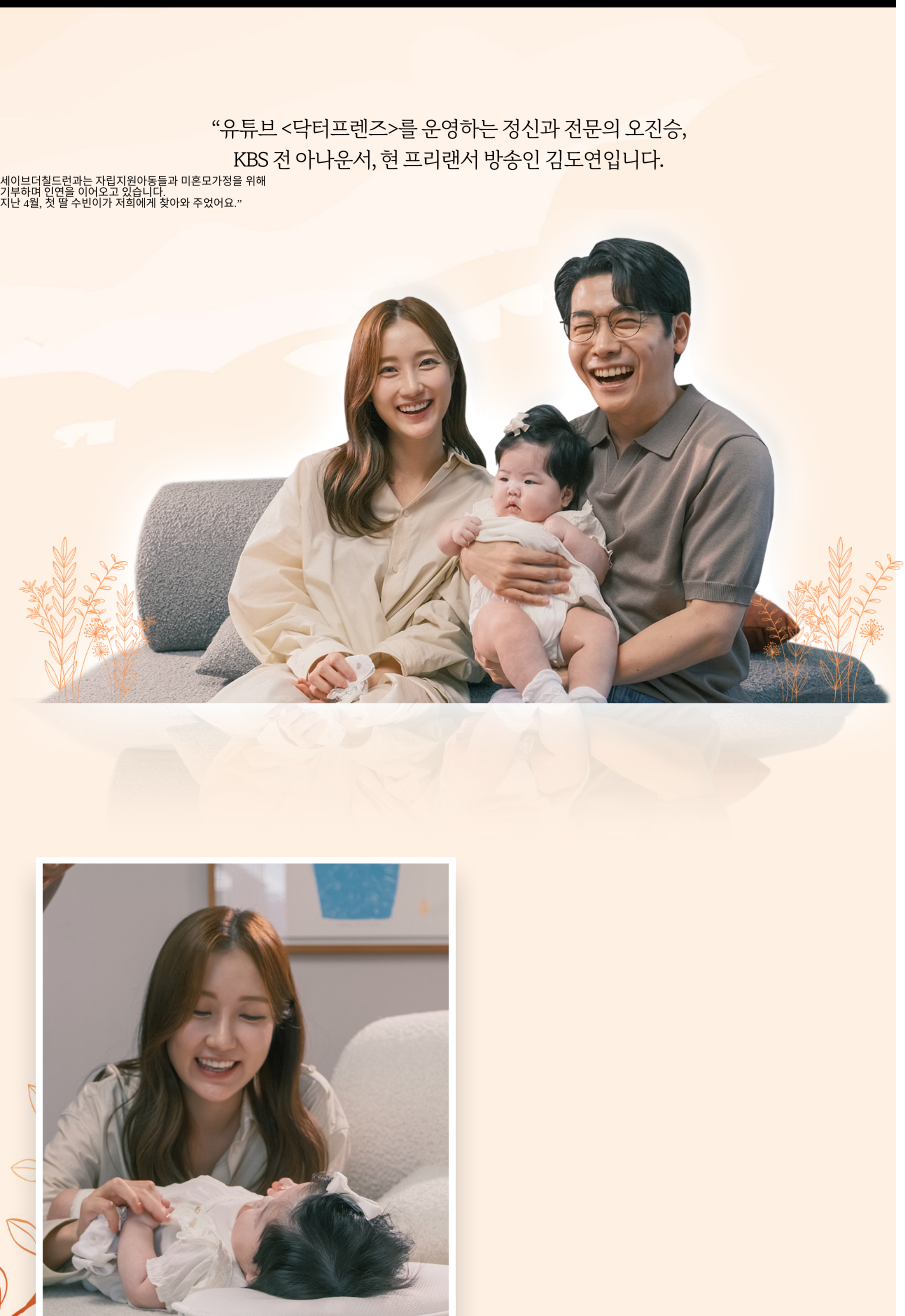
Repository: dlgywls1130/saveTheChildren
Page: index.html
An editor plug-in stored every save of this project. The page is shown before and after the next save, followed by the edit.
The browser window is 1280 px wide. The page is 1293 px wide, so the pictures cover 1293 px, including what lies to the right of the window. The pictures show the part of the page from y = 1641 to 3521 px (the page is 10452 px tall before and 10522 px after), at 70% of full size.
Some web fonts or font styles are not loaded; a fallback is used. The style sheet was rebuilt from its Sass, Less or Tailwind sources for each picture, by a compiler version that may differ from the author's.

Above is the page before, as saved 2024-11-01 22:12:28.

### index.html
<!DOCTYPE html>
<html lang="en">
<head>
    <meta charset="UTF-8">
    <meta name="viewport" content="width=device-width, initial-scale=1.0">
    <title>Document</title>

    <link rel="stylesheet" href="./css/common.css">
</head>
<body>

    <!-- main -->
    <section class="main_container">
        <div class="container">
            <div class="logo_title mb-60">
                <img src="./images/logo.png" alt="logo">
                <p>우리 아기 좋은 날 기부</p>
            </div>

            <p class="sub_title mb-30">
                의사 오진승, 아나운서 김도연 가족과 함께하는
            </p>

            <h2 class="mb-50">우리 아기<br>좋은 날 일기</h2>

            <p class="sub_span_text mb-40">
                여러분은 자녀의 소중한 순간을<br>
                어떻게 기념 하시나요?
            </p>

            <p class="sub_descript mb-60">
                보통 사진을 찍고 영상을 남기는 분들이 많으실 거에요. <br>
                <span>소중한 날을 특별하게 기념하는 방법</span>을<br>
                소개해드릴게요
            </p>

            <a href="#" class="record_btn">
                <img src="/images/pencle.png" alt="pencle">
                <p>우리 아기 좋은 날 기록하기</p>
            </a>
        </div>
    </section>

    <!-- 스토리섹션 -->

    <section class="story_section">
        <div class="container py-150">

            <!-- 영상 -->
            <div class="video_container mb-150">
                <video></video>
            </div>

            <div class="story_01">
                <p class="s01">
                    “유튜브 <닥터프렌즈>를 운영하는 정신과 전문의 오진승,
                    <br>KBS 전 아나운서, 현 프리랜서 방송인 김도연입니다.
                </p>

                <p class="s01_1">
                    세이브더칠드런과는 자립지원아동들과 미혼모가정을 위해
                    <br>기부하며 인연을 이어오고 있습니다.
                </p>

                <p class="s01_2">
                    지난 4월, 첫 딸 수빈이가 저희에게 찾아와 주었어요.”
                </p>

                <img src="/images/s1_1.png" alt="story">
            </div>


            <div class="story_02">
                <div class="story02_01">
                    <div class="story_image">
                        <img src="/images/s2_1.png" alt="stroy">
                    </div>
                    <div class="story_text-contain">
                        <p class="story_text_01">
                            아이가 태어나고 많은 것이 바뀌었습니다.
                        </p>
                        <p class="story_text_02">
                            사실 저는 아이를 좋아하는 편은 아니었어요.
                            하지만 낳고 처음 마주하는 순간, 생각했어요.
                        </p>
                        <p class="story_text_03">
                            ‘천년의 사랑이 시작되었다.’
                        </p>

                        <p class="story_text_04">
                            지금은 힘들어도 아이 얼굴만 보면 웃음이 나와요.
                        </p>
                    </div>


                </div>
            </div>

            <div class="story_03">
                <div class="story03_01">
                    <div class="story_text-contain">
                        <p class="story_text_01">
                            자신의 자녀를 볼 때 나오는
                            <br>도파민의 양이
                            <br>마음에 드는 이성을 보았을 때
                            <br>나오는 도파민 양의 10배나 된대요.
                        </p>
                        <p class="story_text_02">
                            저는 현재에 안주하며 사는 편이었는데,
                            <br>딸이 태어난 후부터 삶에 대해 더 고민하며
                            <br>잘하려고 노력하게 되더라구요.
                        </p>
                        <p class="story_text_03">
                            아이가 삶의 원동력이 된 셈이죠.
                        </p>

                    </div>

                    <div class="story_image">
                        <img src="/images/s3_1.png" alt="stroy">
                    </div>



                </div>
            </div>

            <div class="story_04">
                <div class="story04_01">

                    <div class="story_image">
                        <img src="/images/s4_1.png" alt="stroy">
                    </div>

                    <div class="story_text-contain">
                        <p class="story_text_01">
                            요즘은 수빈이와 함께
                            <br>놀이터 갈 날을
                            <br>손꼽아 기다리고 있어요.
                        </p>
                        <p class="story_text_02">
                            아직 말귀도 못 알아듣는 아이한테
                            <br>“너 언제 커서 아빠랑 놀이터 갈래?”
                            <br>묻고는 하죠.
                        </p>

                    </div>

                </div>

                <div class="story04_02">

                    <div class="story_text-contain">
                        <p class="story_text_01">
                            한편으로는 아이를 정신없이 키우다 보니
                            <br>탄생의 순간이 희미해지고 있었어요.
                        </p>
                        <p class="story_text_02">
                            우리 아기 좋은 날 캠페인에 참여해서
                            <br>직접 <span>기념일 이야기를 담은 후원감사증서</span>를 받아보니,
                            <br>그때 생각이 나서 너무 좋았어요.
                        </p>

                    </div>

                    <div class="story_image">
                        <img src="/images/s4_2.png" alt="stroy">
                    </div>

                </div>
            </div>

            <div class="story_05">
                <div class="story_05_01">
                    <div class="img_story">
                        <img src="/images/s5_1.png">
                    </div>
                    <div class="story_text">
                        “아이가 건강하게 발달단계를 해내는
                        <br>소중한 순간에 기부를 하면
                        <br>수빈이가 더 건강하고,행복하게
                        <br>자라게 되지 않을까요?
                        <br>
                        <br>소중한 순간마다 기부하고
                        <br>앨범처럼 남겨서 보여주면
                        <br>자랑스러운 부모가 될 것 같아요”
                    </div>
                </div>

                <div class="story_05_02">

                    <div class="story_text">
                        “저는 칭찬 받거나 스스로에게 자부심을
                        <br>느낀 순간은 오래 기억된다고 생각해요.
                        <br>
                        <br>내 아이에게 ‘네가 첫 양치질을 잘 해낸
                        <br>기념으로  다른 친구를 도왔어.’ 라고
                        <br>말해준다면 그 뿌듯함을 밑거름으로
                        <br>자기 자신과 다른 사람 모두 사랑할 수 있는
                        <br>아이로 성장하지 않을까요?”
                    </div>

                    <div class="img_story">
                        <img src="/images/s5_2.png">
                    </div>

                </div>


                <div class="middle_cotain">
                    <p>첫 걸음마, 첫돌, 처음 엄마 아빠를 부른 날, 처음 비를 맞아본 날,
                    처음 놀이터에 간 날, 그 소중한 순간을 기부로 기록해 보세요.</p>

                    <p>후원해주신 모든 분들께 직접 작성한 기념일 이야기가 담긴 <span>후원감사증서</span>를 드리며,
                    30만원 이상 후원해 주신 분들께는 이름을 수놓은 <span>순면거즈블랭킷</span>을 증정하고 있습니다. </p>

                    <div class="middle_image">
                        <div class="middel_left">
                            <img src="/images/s6_1.png">
                        </div>
                        <div class="middel_right">
                            <img src="/images/s6_2.png">
                        </div>

                        <img src="" class="float_image">
                    </div>


                    <a href="#" class="record_btn">
                        <img src="/images/pencle.png" alt="pencle">
                        <p>우리 아기 좋은 날 기록하기</p>
                    </a>
                </div>



            </div>

        </div>


    </section>

    <!-- 후원신청 과정 -->

    <section class="sponsor_section">
        <div class="container">

            <div class="sponsor-container">
                <h2>후원신청 과정</h2>

                <div class="sponsor_list">
                    <div class="sponsor_list_inner">
                        <div class="list-inner-img">
                            <img src="">
                        </div>
                        <p>후원신청하기</p>

                    </div>
                    <span class="arrow-img"><img src=""></span>
                    <div class="sponsor_list_inner">
                        <div class="list-inner-img">
                            <img src="">
                        </div>
                        <p>후원감사증서<br>메시지 적기</p>

                    </div>
                    <span class="arrow-img"><img src=""></span>
                    <div class="sponsor_list_inner">
                        <div class="list-inner-img">
                            <img src="">
                        </div>
                        <p>신청완료</p>

                    </div>
                    <span class="arrow-img"><img src=""></span>
                    <div class="sponsor_list_inner">
                        <div class="list-inner-img">
                            <img src="">
                        </div>
                        <p>후원감사증서 발송<br>(1주일이내)</p>

                    </div>
                </div>

                <p class="info-span">30만원 이상 후원자 분들께는 순면거즈블랭킷 제작을 위한 문자가 별도 발송됩니다. (후원 2-3일 이내)</p>
            </div>


            <div class="sponsor-inner">
                <h2>후원금, 이렇게 쓰여요!</h2>

                <p>
                    세이브더칠드런은 국내외 아동을 대상으로
                    생계지원, 의료지원,  영유아용품지원, 재해재난 상황에서의
                    긴급구호 등의 활동을 진행하고 있습니다.

                    보내주신 후원금은 정치, 종교, 인종에 관계없이
                    모든 아이들을 구해야 한다는  세이브더칠드런의 신념에 따라
                    가장 도움 필요한 아이를 위해 우선 사용됩니다.

                </p>

                <img src="/images/baby.png">
            </div>
        </div>

    </section>

    <!-- faq -->
    <section class="faq_section">
        <div class="container">
            <h2>FAQ</h2>

            <ul class="faq_list">
                <li>
                    <div class="faq_question">
                        <img src="/images/leaves.png">
                        <p>30만원 이상 후원했습니다. 거즈 순면 블랭킷은 언제 오나요?</p>
                    </div>
                    <div class="faq_answer">
                        우리 아기 좋은 날 기부로 30만원 이상 후원자님들께는 담요에 수놓을 아기 이름과 선물 수령 주소
                        확인을 위한 문자가 발송됩니다. 02-6900-4479로 발송되는 문자 속 설문조사에 답해주세요.
                        확인을 완료하신 분들께는 블랭킷 제작을 담당하고 있는 조니 스튜디오에서 아기 이름 자수
                        작업 완료 후 배송해 드립니다.

                    </div>
                </li>
                <li>
                    <div class="faq_question">
                        <img src="/images/leaves.png">
                        <p>순면 거즈 블랭킷, 안전한 제품인가요? </p>
                    </div>
                    <div class="faq_answer">
                        본 블랭킷은 워싱된 3중 거즈로 제작되었으며, KC안전검사를 완료하였습니다.
                        소재 특성상 섬유 조각이 발생할 수 있어 망에 넣지 않고 3번 정도 물빨래 하시는 것을 권장합니다.

                    </div>
                </li>
                <li>
                    <div class="faq_question">
                        <img src="/images/leaves.png">
                        <p>순면 거즈 블랭킷을 받았는 데 하자가 있어요. 어떻게 해야 하나요? </p>
                    </div>
                    <div class="faq_answer">
                        물품에 동봉된 조니스튜디오 연락처로 연락 부탁드립니다. 하자 물품에 대한 교환은 수령일로부터
                        7일 이내에 조니스튜디오에 연락해주셔야 하며, 이로 인한 후원금 환불은 어렵습니다.

                    </div>
                </li>
                <li>
                    <div class="faq_question">
                        <img src="/images/leaves.png">
                        <p>후원감사증서에 넣을 수 있는 사진 사이즈는 얼마인가요?</p>
                    </div>
                    <div class="faq_answer">
                        사진 인화 사이즈 5*7 인치에 맞추어서 제작되었습니다.  그보다 작은 사진일 경우,
                        후원감사증서  내부의 주머니에 넣어 보관하실 수도  있습니다.

                    </div>
                </li>
            </ul>
        </div>
    </section>
</body>
</html>

### css/common.scss
// Reset CSS
@mixin reset {

    html,
    body,
    div,
    span,
    applet,
    object,
    iframe,
    h1,
    h2,
    h3,
    h4,
    h5,
    h6,
    p,
    blockquote,
    pre,
    a,
    abbr,
    acronym,
    address,
    big,
    cite,
    code,
    del,
    dfn,
    em,
    img,
    ins,
    kbd,
    q,
    s,
    samp,
    small,
    strike,
    strong,
    sub,
    sup,
    tt,
    var,
    b,
    u,
    i,
    center,
    dl,
    dt,
    dd,
    ol,
    ul,
    li,
    fieldset,
    form,
    label,
    legend,
    table,
    caption,
    tbody,
    tfoot,
    thead,
    tr,
    th,
    td,
    article,
    aside,
    canvas,
    details,
    embed,
    figure,
    figcaption,
    footer,
    header,
    hgroup,
    menu,
    nav,
    output,
    ruby,
    section,
    summary,
    time,
    mark,
    audio,
    video {
        margin: 0;
        padding: 0;
        border: 0;
        font-size: 100%;
        font: inherit;
        vertical-align: baseline;
    }

    /* HTML5 display-role reset for older browsers */
    article,
    aside,
    details,
    figcaption,
    figure,
    footer,
    header,
    hgroup,
    menu,
    nav,
    section {
        display: block;
    }

    body {
        line-height: 1;
    }

    ol,
    ul {
        list-style: none;
    }

    blockquote,
    q {
        quotes: none;

        &:before,
        &:after {
            content: '';
            content: none;
        }
    }

    table {
        border-collapse: collapse;
        border-spacing: 0;
    }
}


$font-path: '../fonts/';


$font-weights: (
    'regular': 400,
    'medium': 500,
    'semi-bold':600,
    'bold': 700,
    'extra-bold': 800,
);


// 폰트 패밀리 변수 설정
$font-families: (
  'maru': ('MaruBuri', serif),
  'nanum': ('NanumSquare', sans-serif),
  'nanum-neo': ('NanumSquare Neo', sans-serif),
  'okgung': ('OKGUNG', serif)
);


// MaruBuri 폰트
@font-face {
  font-family: 'MaruBuri';
  font-weight: 400;
  font-style: normal;
  font-display: swap;
  src: url('#{$font-path}MaruBuri-Regular.woff2') format('woff2'),
       url('#{$font-path}MaruBuri-Regular.ttf') format('truetype');
}

// NanumSquare 폰트군
@font-face {
  font-family: 'NanumSquare';
  font-weight: 400;
  font-style: normal;
  font-display: swap;
  src: url('#{$font-path}NANUMSQUAREB.TTF') format('truetype'),
       url('#{$font-path}NANUMSQUAREL.TTF') format('truetype');
}

// NanumSquare Neo
@font-face {
    font-family: 'NanumSquare';
    font-weight: map-get($font-weights, 'regular');
    font-style: normal;
    font-display: swap;
    src: url('#{$font-path}NANUMSQUAREL.TTF') format('truetype');
}

@font-face {
    font-family: 'NanumSquare';
    font-weight: map-get($font-weights, 'medium');
    font-style: normal;
    font-display: swap;
    src: url('#{$font-path}NANUMSQUAREM.TTF') format('truetype');
}

@font-face {
    font-family: 'NanumSquare';
    font-weight: map-get($font-weights, 'semi-bold');
    font-style: normal;
    font-display: swap;
    src: url('#{$font-path}NANUMSQUARESB.TTF') format('truetype');
}

@font-face {
    font-family: 'NanumSquare';
    font-weight: map-get($font-weights, 'bold');
    font-style: normal;
    font-display: swap;
    src: url('#{$font-path}NANUMSQUARB.TTF') format('truetype');
}

@font-face {
    font-family: 'NanumSquare';
    font-weight: map-get($font-weights, 'extra-bold');
    font-style: normal;
    font-display: swap;
    src: url('#{$font-path}NANUMSQUAREB.TTF') format('truetype');
}

// OKGUNG 폰트
@font-face {
  font-family: 'OKGUNG';
  font-weight: normal;
  font-style: normal;
  font-display: swap;
  src: url('#{$font-path}OKGUNG.woff2') format('woff2'),
       url('#{$font-path}OKGUNG.ttf') format('truetype');
}

@mixin font($family, $size: 16px, $weight: 400) {
    font-family: map-get($font-families, $family);
    font-size: $size;
    font-weight: $weight;
  }





// Container
$container-width: 1315px;

// Colors
$colors: (
    'gray': #535353,
    'black': #020202,
    'brown': #665f5a,
    'teal': #00b2a9,
    'red': #ea4120,
    'bronze': #a56839,
    'olive': #727464,
    'sage': #858770
);


$spacing: (
    '30': 30px,
    '40': 40px,
    '50': 50px,
    '60': 60px,
    '70': 70px,
    '75': 75px,
    '80': 80px,
    '100': 100px,
    '150': 150px,
    '200': 200px,
);

$directions: (
    'p': padding,
    'm': margin
);

$sides: (
    't': top,
    'b': bottom,
    'l': left,
    'r': right,
    'x': (left, right),
    'y': (top, bottom)
);

@each $direction-key, $direction-value in $directions {
    @each $side-key, $side-value in $sides {
        @each $space-key, $space-value in $spacing {
            // 단일 방향
            @if type-of($side-value) == string {
                .#{$direction-key}#{$side-key}-#{$space-key} {
                    #{$direction-value}-#{$side-value}: $space-value;
                }
            }
            // x, y 축 방향
            @else if type-of($side-value) == list {
                .#{$direction-key}#{$side-key}-#{$space-key} {
                    @each $side in $side-value {
                        #{$direction-value}-#{$side}: $space-value;
                    }
                }
            }
        }
    }
}
// Container Mixin
@mixin container {
    max-width: $container-width;
    margin: 0 auto;
    width: 100%;
}

// Apply Reset
@include reset;


// Base Container
.container {
    @include container;
}

// main

.main_container {
    background: url('/images/main_bg.jpg') no-repeat;
    width: 100vw;
    height: 100vh;
    background-size: cover;
    background-position: center;

    .container {
        display: flex;
        flex-direction: column;
        justify-content: flex-end;
        height: 100%;
        padding: 90px 0;
        box-sizing: border-box;
        .logo_title{
            display: flex;
            align-items: center;
            gap: 10px;
            img{
                width: 218px;
                height: auto;
            }

            p{
                color: #fff;
                font-size: 20px;
                background: url('/images/main_banner.png') no-repeat;
                border-radius: 5px;
                display: flex;
                align-items: center;
                justify-content: center;
                width: 188px;
                height: 33px;
                letter-spacing: -0.06em;
            }

        }

        .sub_title{
            letter-spacing: -0.03em;
            color: map-get($colors, 'brown');
            @include font('nanum', 30px, map-get($font-weights, 'bold'));
        }

        h2{
            line-height: 100px;
            letter-spacing: -0.03em;
            color: map-get($colors, 'black');
            @include font('okgung', 90px, map-get($font-weights, 'regular'));
        }

        .sub_span_text{
            color: map-get($colors, 'brown');
            letter-spacing: -0.03em;
            line-height: 35px;
            @include font('nanum-neo', 25px, map-get($font-weights, 'extra-bold'));
        }

        .sub_descript{
            line-height: 35px;
            letter-spacing: -0.03em;
            color: map-get($colors, 'brown');
            @include font('nanum-neo', 25px, map-get($font-weights, 'regular'));
            span{
                font-weight: 800;
            }
        }

        .record_btn{
            background-color: map-get($colors, 'teal' );
            border-radius: 30px;
            width: 374px;
            min-height: 60px;
            display: flex;
            align-items: center;
            justify-content: center;
            gap: 10px;
            text-decoration: none;
            box-sizing: border-box;
            img{
                width: 30px;
                height: 30px;
                display: block;
            }

            p{
                display: block;
                color: #fff;
                @include font('nanum-neo', 25px, map-get($font-weights, 'extra-bold'));
            }
        }
    }
}



// story

.story_section{
    background: url('/images/story_bg.jpg') no-repeat;
    width: 100vw;
    height: 100%;
    .container{
        .video_container {
            width: 100%;
            height: 782px;  // 원하는 높이
            background-color: #000;
            display: flex;
            align-items: center;
            justify-content: center;
        }

        .story_01{
            .s01{
                @include font('maru', 30px, map-get($font-weights, 'regular'));
                color: #000;
                line-height: 45px;
                letter-spacing: -0.06em;
                text-align: center;
            }
        }
    }
}

After the next save:
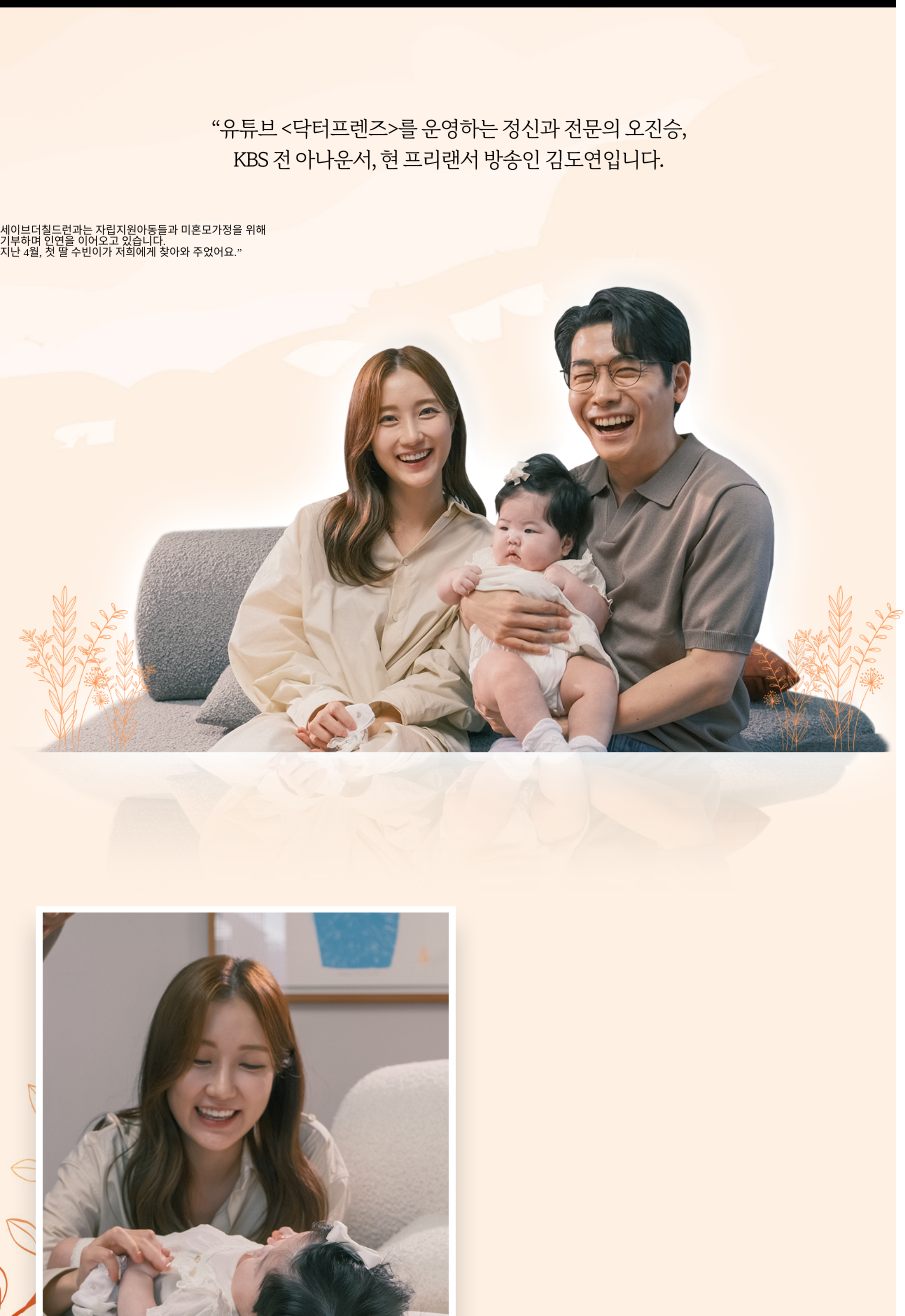
Saved 21 s later.
--- a/index.html
+++ b/index.html
@@ -52,7 +52,7 @@
             </div>
 
             <div class="story_01">
-                <p class="s01">
+                <p class="s01 mb-70">
                     “유튜브 <닥터프렌즈>를 운영하는 정신과 전문의 오진승,
                     <br>KBS 전 아나운서, 현 프리랜서 방송인 김도연입니다.
                 </p>
